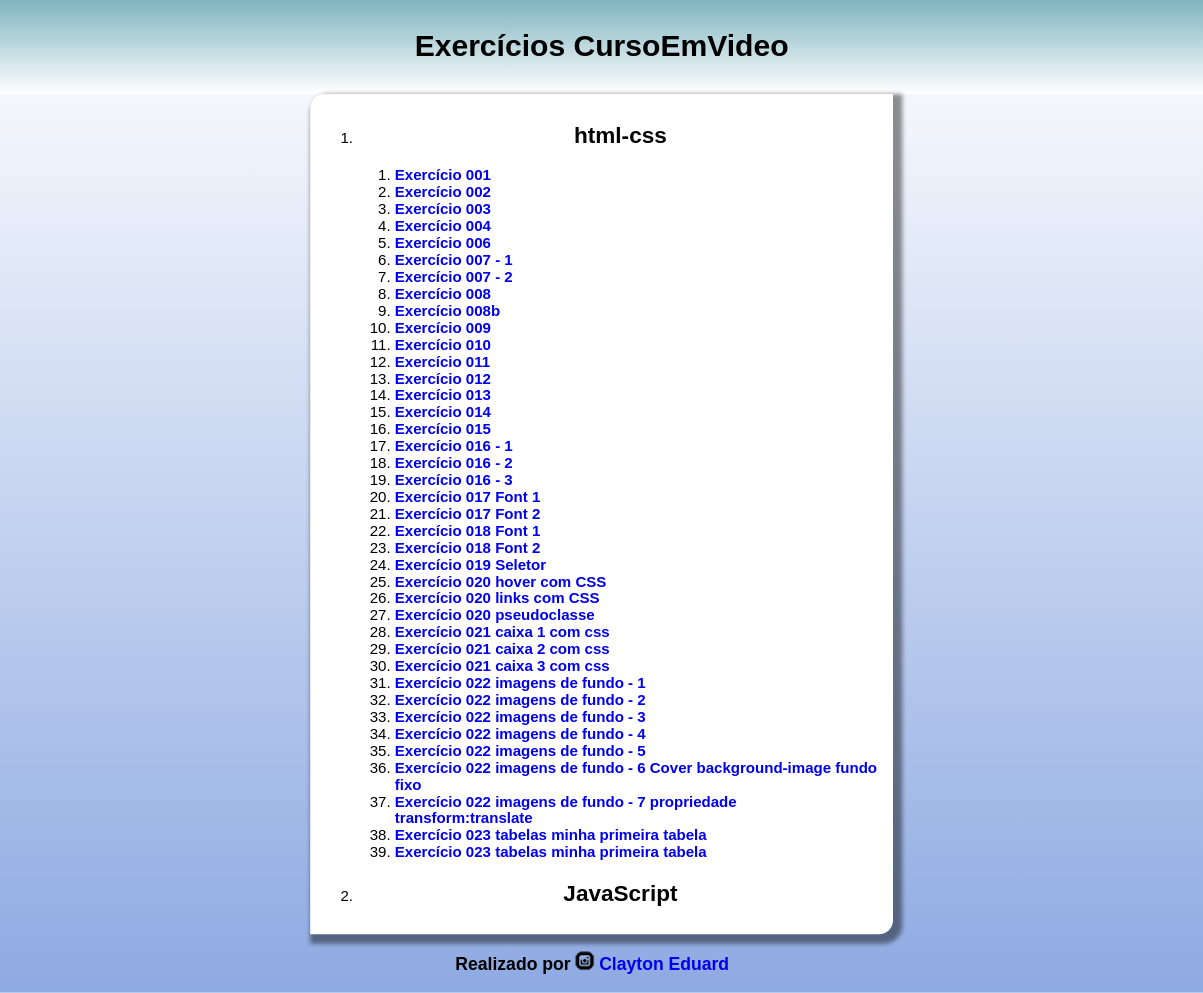
Repository: ClaytonEduard/cursoemvideo
Page: index.html
These files come from the project's save history. The page is drawn as it stood at one moment and after a run of saves; the edit follows.
The browser window is 1280 px wide. The pictures show the whole page, at 94% of full size.

Above is the page before, as saved 2022-12-08 16:34:22.

After the next 4 saves:
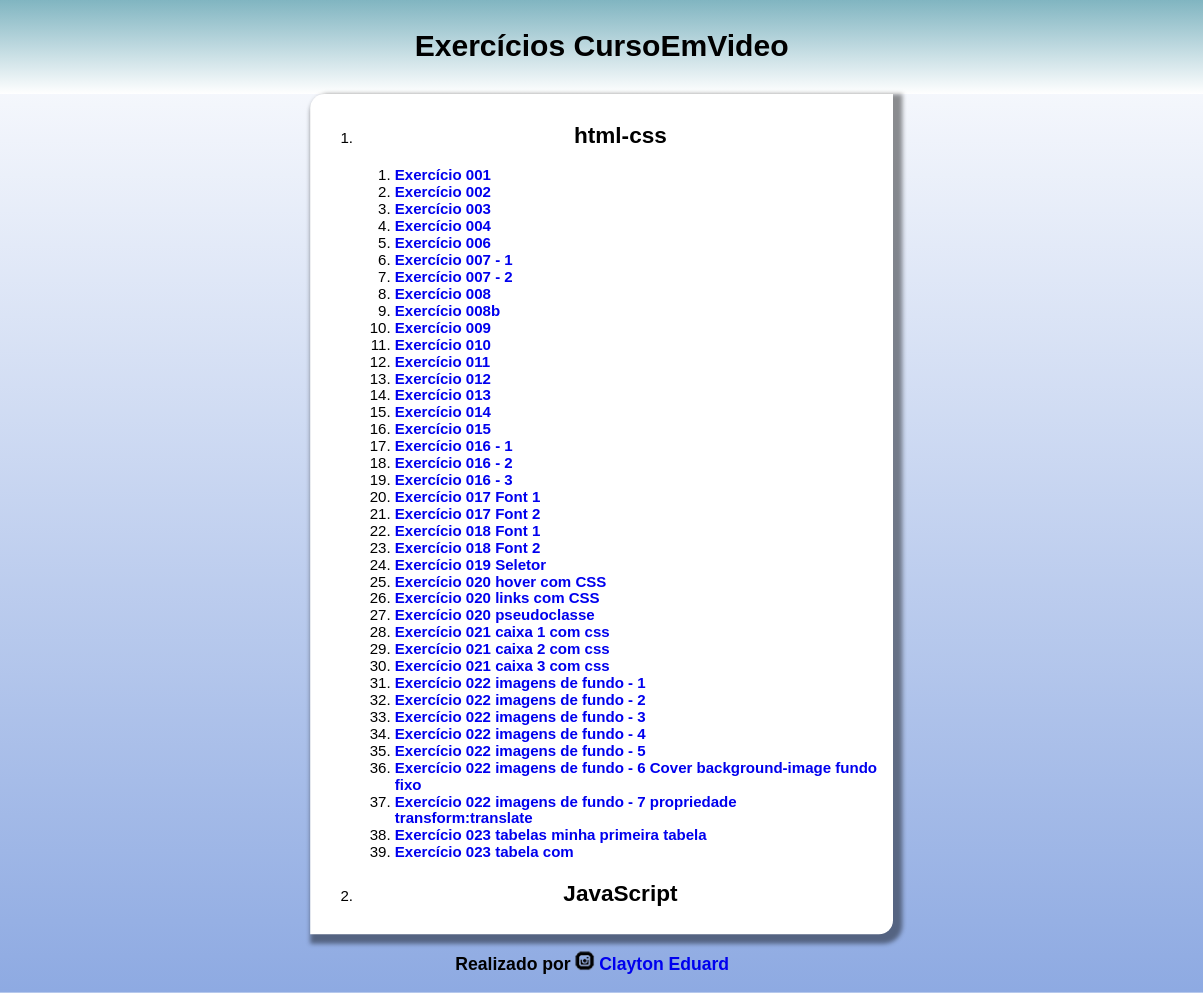
The 4 saves are shown as one change because they came seconds apart.
The last was saved 13 s later.
--- a/index.html
+++ b/index.html
@@ -146,7 +146,7 @@
                                                 target="_blank">Exercício 023 tabelas minha primeira tabela</a></li>
 
                                 <li><a href="https://claytoneduard.github.io/cursoemvideo/html-css/ex023/tabela002.html"
-                                                target="_blank">Exercício 023 tabelas minha primeira tabela</a></li>
+                                                target="_blank">Exercício 023 tabela com </a></li>
                         </ol>
                         <li>
                                 <h2>JavaScript</h2>
